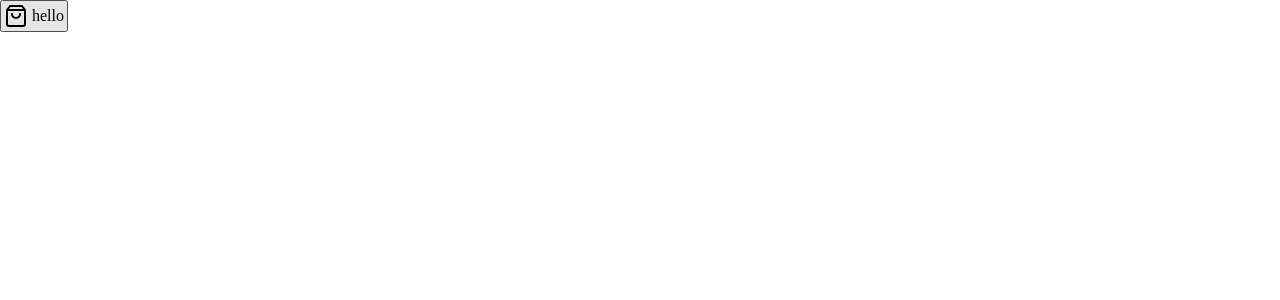
Repository: hjubsoni/hex-ocean-task
Page: /
The author's editor kept a copy of each file at every save. The page is drawn from the files as they stood at one save, then again after the next save.
The browser window is 1280 px wide. The pictures show the whole page.
The project was rebuilt for these pictures with package versions that can differ from the ones it lists, and the page was loaded fresh each time. Also part of the build but not shown: vite.config.ts.

Above is the page before, as saved 2023-03-20 21:00:52.

### src/App.tsx
import './App.css';
import { ShoppingBag } from 'react-feather';

function App() {
  return (
    <div className="wrapper">
      <button className="order-button">
        <span className="icon">
          <ShoppingBag />
        </span>
        hello
      </button>
    </div>
  );
}

export default App;

### src/index.css
*,
*::before,
*::after {
  box-sizing: border-box;
}

* {
  margin: 0;
}

html,
body {
  height: 100%;
}

body {
  line-height: 1.5;
  -webkit-font-smoothing: antialiased;
}

img,
picture,
video,
canvas,
svg {
  display: block;
  max-width: 100%;
}

input,
button,
textarea,
select {
  font: inherit;
}

p,
h1,
h2,
h3,
h4,
h5,
h6 {
  overflow-wrap: break-word;
}

#root,
#__next {
  isolation: isolate;
}

### src/App.css
.order-button {
  display: flex;
  padding: 2px;
  gap: 4px;
}

.order-button:hover > .icon {
  transition: transform 200ms cubic-bezier(0, 0.67, 0.6, 1.24) 0s;
}

Loaded but not shown: index.html (common file); src/main.tsx (common file)

After the next save:
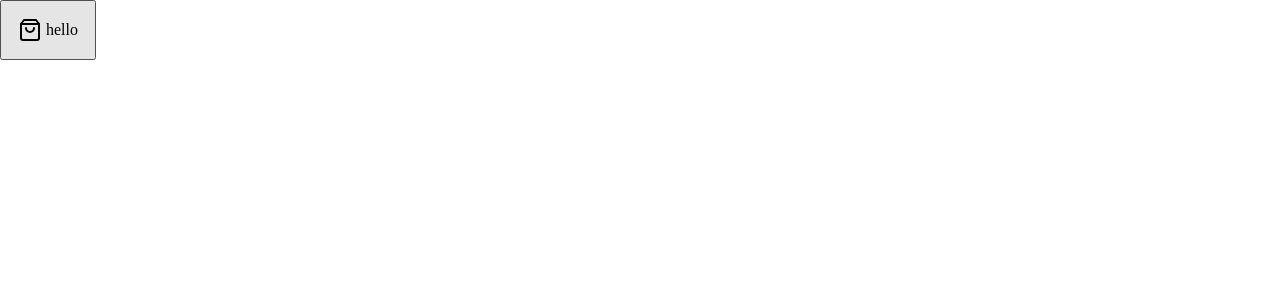
Saved 5 s later.
--- a/src/App.css
+++ b/src/App.css
@@ -1,6 +1,6 @@
 .order-button {
   display: flex;
-  padding: 2px;
+  padding: 16px;
   gap: 4px;
 }
 
